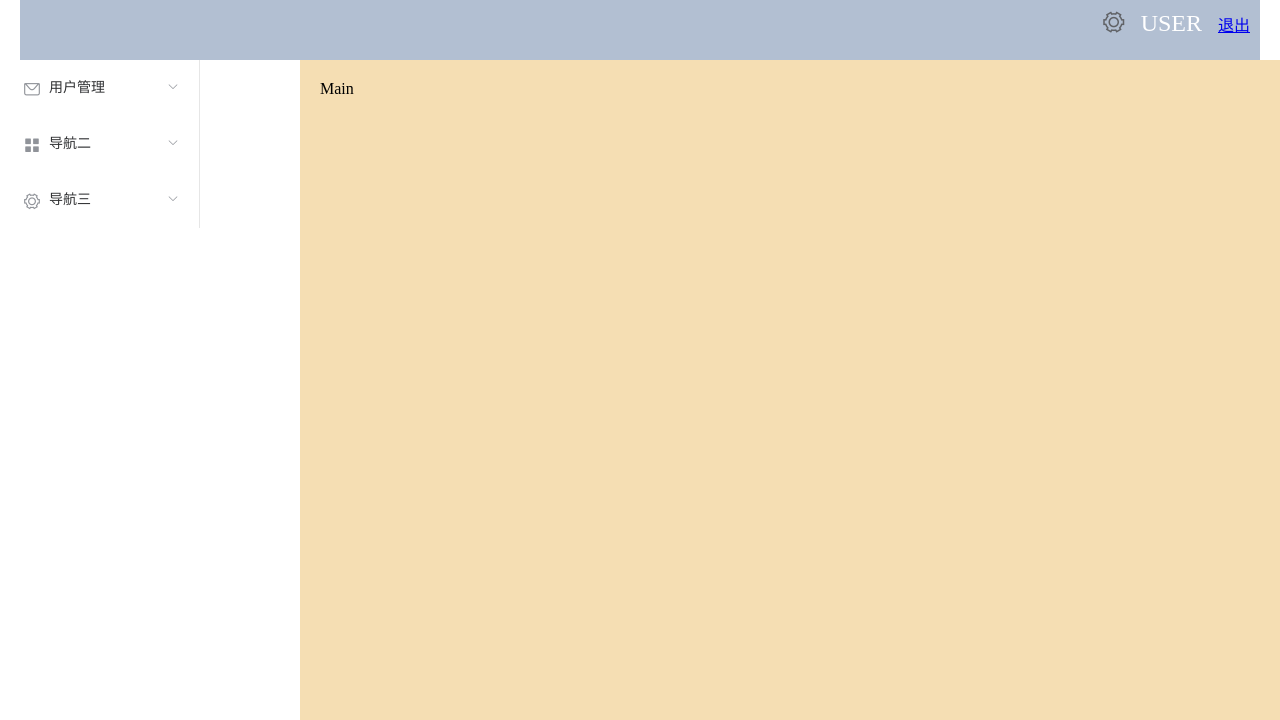
Repository: euphor1azzy/testlist
Page: / (app in list/)
These files come from the project's save history. The page is drawn as it stood at one moment and after the next save; the edit follows.
The browser window is 1280 px wide. The pictures show the whole page.
The project was rebuilt for these pictures with package versions that can differ from the ones it lists, and the page was loaded fresh each time. Also part of the build but not shown: list/src/utils/validate.js, list/src/views/login/login.vue, list/src/components/users/users.vue.

Above is the page before, as saved 2020-08-27 15:09:06.

### list/src/main.js
// 引入组件
import Vue from 'vue'
import ElementUI from 'element-ui';
import App from './App.vue'
import router from './router'
import MyHttpServer from './plugins/http'
Vue.use(router);


// 引入css文件
import './assets/css/reset.css'
import 'element-ui/lib/theme-chalk/index.css';


//使用插件
Vue.use(ElementUI)
Vue.use(MyHttpServer)
Vue.config.productionTip = false


new Vue({
    el: '#app',
    router,
    render: h => h(App)
}).$mount('#app')

### list/src/App.vue
<template>
  <div id="app" >

    <router-view></router-view>
  </div>
</template>

<script>

</script>

<style>
#app{

  height:100vh
}
</style>

### list/src/router/index.js
import Vue from 'vue'
import Router from 'vue-router'
import Home from '../views/home.vue'
import Login from '../views/login/login.vue'
import Users from '../components/users/users.vue'



Vue.use(Router);



export default new Router({
    routes: [{
            path: '/',
            name: 'Home',
            component: Home,
            children: [{
                name: 'Users',
                path: 'users',
                component: Users
            }]

        },
        {
            name: 'Login',
            path: '/login',
            component: Login
        }
    ]
});

### list/src/plugins/http.js
//将axios改为插件
import axios from 'axios'
const MyHttpServer = {}


MyHttpServer.install = (Vue) => {
    axios.defaults.baseURL = 'http://localhost:8888/api/private/v1/'

    // 添加实例方法
    Vue.prototype.$http = axios

}

export default MyHttpServer

### list/src/assets/css/reset.css
/*! minireset.css v0.0.2 | MIT License | github.com/jgthms/minireset.css */

html,
body,
p,
ol,
ul,
li,
dl,
dt,
dd,
blockquote,
figure,
fieldset,
legend,
textarea,
pre,
iframe,
hr,
h1,
h2,
h3,
h4,
h5,
h6 {
    /* height: 100%; */
    margin: 0;
    padding: 0;
}

h1,
h2,
h3,
h4,
h5,
h6 {
    font-size: 100%;
    font-weight: normal;
}

ul {
    list-style: none;
}

button,
input,
select,
textarea {
    margin: 0;
}

html {
    box-sizing: border-box;
}

* {
    box-sizing: inherit;
}

*:before,
*:after {
    box-sizing: inherit;
}

img,
embed,
object,
audio,
video {
    height: auto;
    max-width: 100%;
}

iframe {
    border: 0;
}

table {
    border-collapse: collapse;
    border-spacing: 0;
}

td,
th {
    padding: 0;
    text-align: left;
}

### list/src/views/home.vue
<template>
 <el-container class="container">
  <el-header>
    <v-appnav></v-appnav>
  </el-header>
  <el-container>
    <el-aside >
      <v-appslider></v-appslider>
    </el-aside>
    <el-main class="main">Main</el-main>
  </el-container>
</el-container>
</template>

<script>
// 导入组件

import AppNav from "../components/common/appnav";
import AppSlider from "../components/common/appslider";
// import List from "../components/list/list";

export default {
  name: "Home",
  // 注册组件
  components: {
    "v-appnav": AppNav,
    "v-appslider": AppSlider,
    // "v-list": List,
  },
};
</script>

<style>
.container{
  height: 100%;
  margin: 0;
  padding: 0;
}
.main{
  height: 100%;
  background-color: wheat;
}
/* .con {
  height: 100%;
  display: flex;
  flex: auto;
  flex-flow: row wrap;
  justify-content: flex-start;
} */
</style>

### list/src/components/common/appnav.vue
<template>
  <el-header class="nav">
    <el-dropdown>
      <i class="el-icon-setting" style="margin-right: 15px"></i>
      <el-dropdown-menu slot="dropdown">
        <el-dropdown-item>查看</el-dropdown-item>
        <el-dropdown-item>新增</el-dropdown-item>
        <el-dropdown-item>删除</el-dropdown-item>
      </el-dropdown-menu>
    </el-dropdown>
    <span>USER</span>
    <router-link to="/login" style="padding-left:16px;font-size:16px"
      >退出</router-link
    >
  </el-header>
</template>

<script>
export default {
  name: "AppNav",
};
</script>

<style scoped>

.nav {
  padding: 10px;
  text-align: right;
  font-size: 24px;
  width: 100%;
  color: #fff;
  background-color: #b2bfd2;
}
.el-icon-setting::before {
  font-size: 24px;
}
</style>

### list/src/components/common/appslider.vue
<template>
   <!-- <el-container style="height: 100%; border: 1px solid #eee"> -->
      <el-aside width="200px" style="background-color: rgb(238, 241, 246)">
        <el-menu :unique-opened="true"
        :router="true">
          <el-submenu index="1">
            <template slot="title">
              <i class="el-icon-message"></i>用户管理
            </template>
            <el-menu-item-group>
              <template slot="title">分组一</template>
              <el-menu-item index="users">用户列表</el-menu-item>
              <el-menu-item index="1-2">用户设置</el-menu-item>
            </el-menu-item-group>
            <el-menu-item-group title="分组2">
              <el-menu-item index="1-3">选项3</el-menu-item>
            </el-menu-item-group>
            <el-submenu index="1-4">
              <template slot="title">选项4</template>
              <el-menu-item index="1-4-1">选项4-1</el-menu-item>
            </el-submenu>
          </el-submenu>
          <el-submenu index="2">
            <template slot="title">
              <i class="el-icon-menu"></i>导航二
            </template>
            <el-menu-item-group>
              <template slot="title">分组一</template>
              <el-menu-item index="2-1">选项1</el-menu-item>
              <el-menu-item index="2-2">选项2</el-menu-item>
            </el-menu-item-group>
            <el-menu-item-group title="分组2">
              <el-menu-item index="2-3">选项3</el-menu-item>
            </el-menu-item-group>
            <el-submenu index="2-4">
              <template slot="title">选项4</template>
              <el-menu-item index="2-4-1">选项4-1</el-menu-item>
            </el-submenu>
          </el-submenu>
          <el-submenu index="3">
            <template slot="title">
              <i class="el-icon-setting"></i>导航三
            </template>
            <el-menu-item-group>
              <template slot="title">分组一</template>
              <el-menu-item index="3-1">选项1</el-menu-item>
              <el-menu-item index="3-2">选项2</el-menu-item>
            </el-menu-item-group>
            <el-menu-item-group title="分组2">
              <el-menu-item index="3-3">选项3</el-menu-item>
            </el-menu-item-group>
            <el-submenu index="3-4">
              <template slot="title">选项4</template>
              <el-menu-item index="3-4-1">选项4-1</el-menu-item>
            </el-submenu>
          </el-submenu>
        </el-menu>
      </el-aside>
   <!-- </el-container> -->
</template>

<script>
export default {

}
</script>

<style>
.default-active	{
  background-color: royalblue;
}
</style>

Loaded but not shown: list/public/index.html (common file)

After the next save:
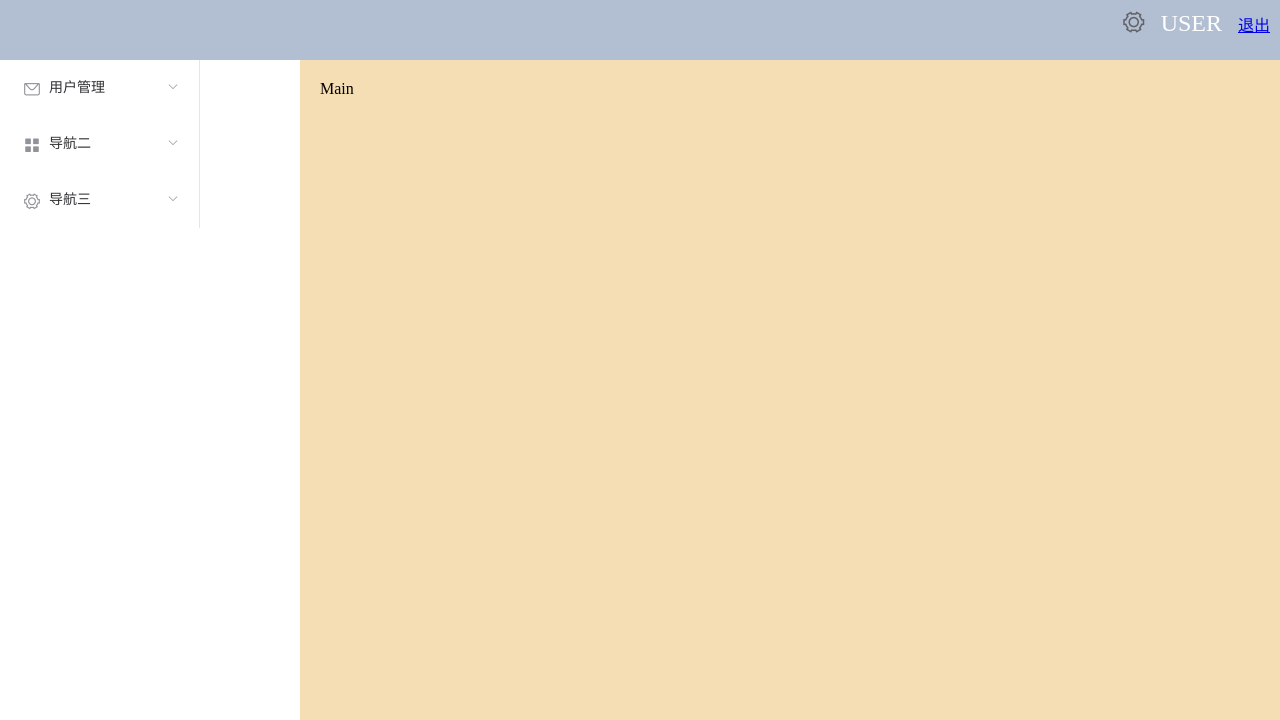
Saved 73 s later.
--- a/list/src/views/home.vue
+++ b/list/src/views/home.vue
@@ -1,6 +1,6 @@
 <template>
  <el-container class="container">
-  <el-header>
+  <el-header style="padding:0">
     <v-appnav></v-appnav>
   </el-header>
   <el-container>
